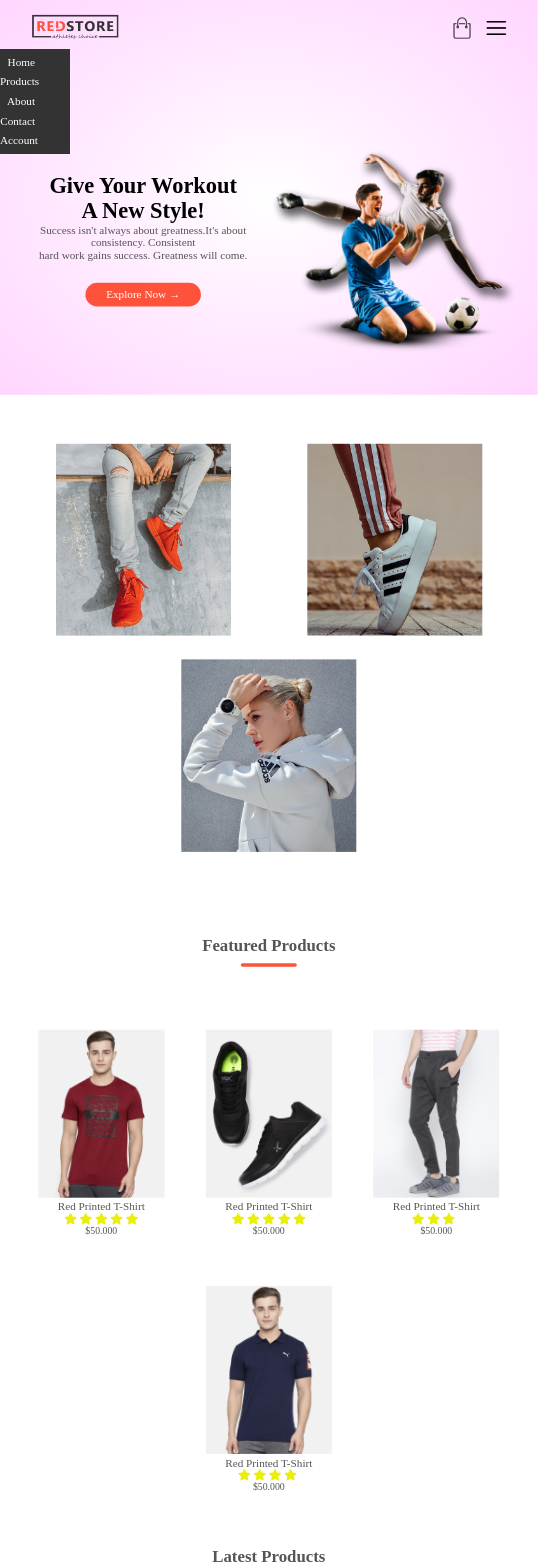
Repository: tuan21052000/Frontend
Page: index.html
The author's editor kept a copy of each file at every save. The page is drawn from the files as they stood at one save, then again after the next save.
The browser window is 768 px wide. The pictures show the part of the page from y = 0 to 2240 px (the page is 5936 px tall before and 18900 px after), at 70% of full size.

Above is the page before, as saved 2022-05-10 20:19:04.

After the next save:
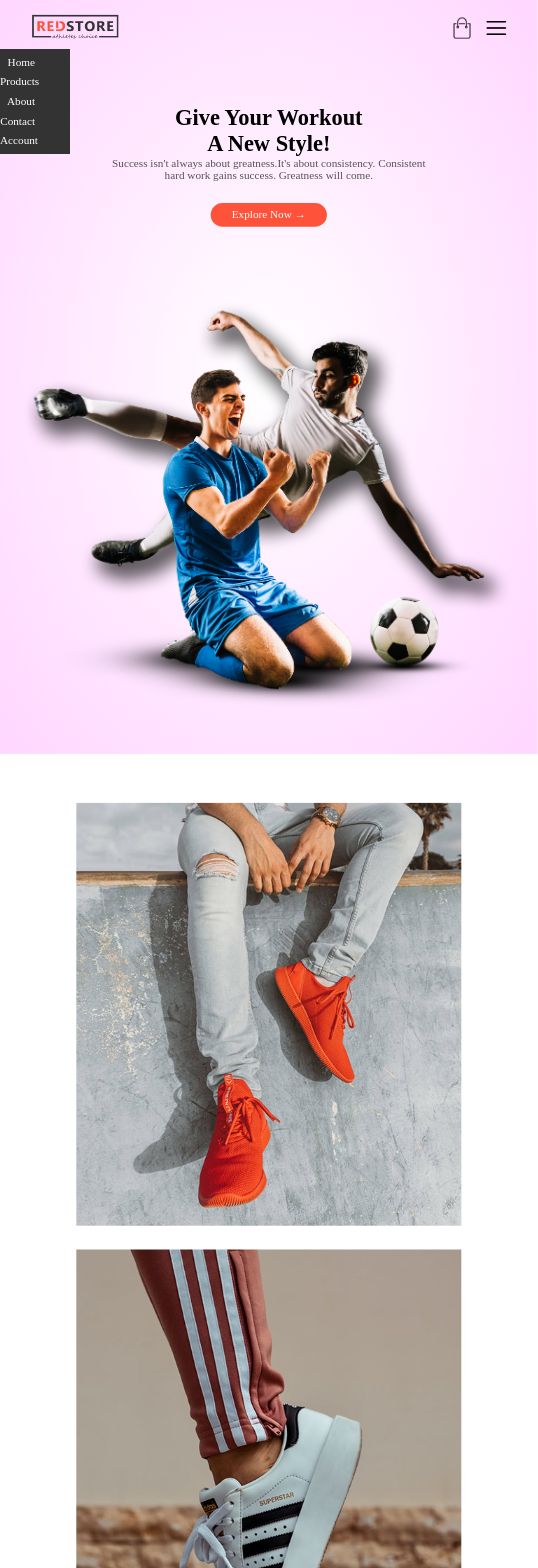
Saved 2 min 39 s later.
--- a/style.css
+++ b/style.css
@@ -272,4 +272,7 @@
     .row{
         text-align: center;
     }
-}
+    .col-2, .col-3, .col-4{
+        flex-basis: auto;
+    }
+}
